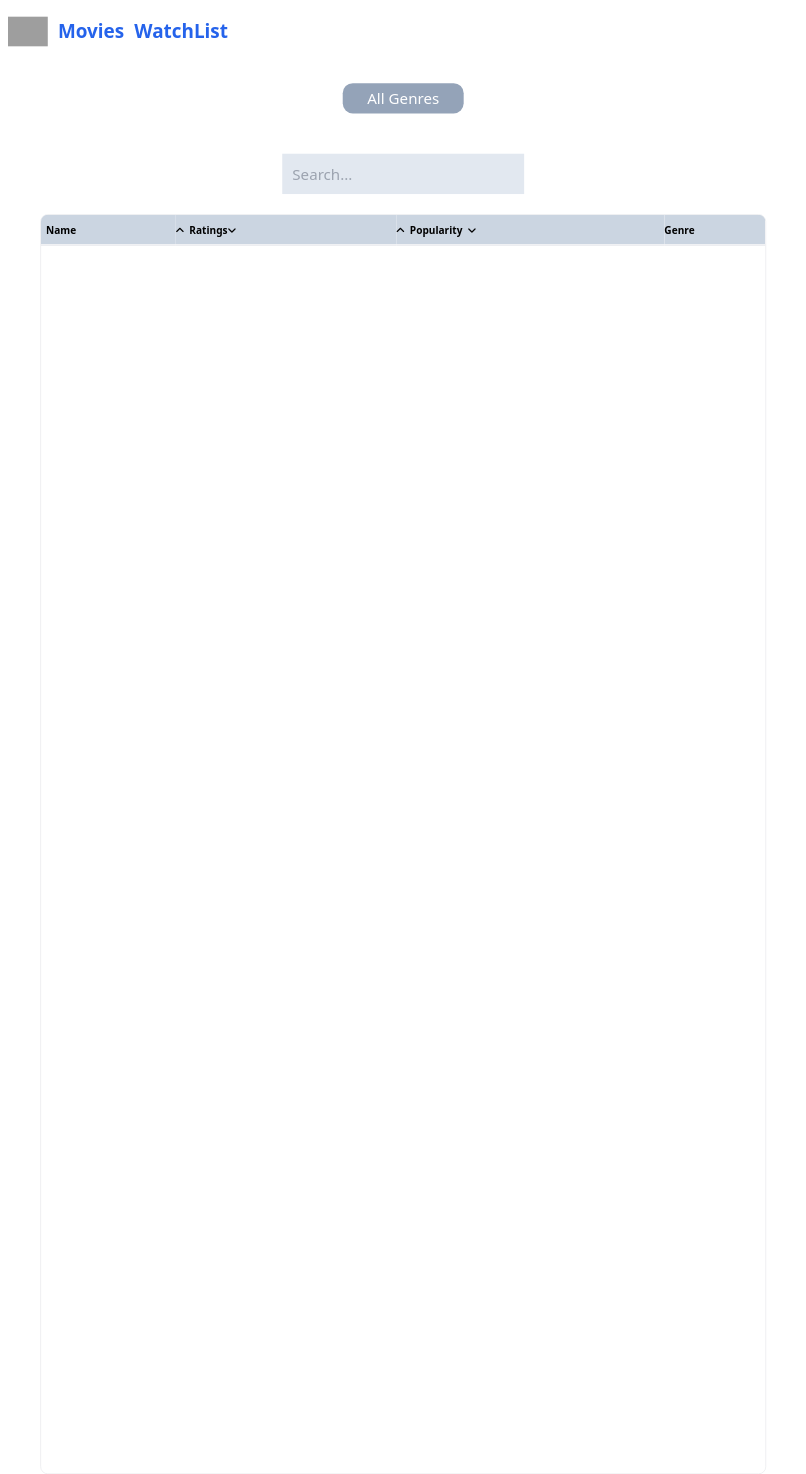
Repository: Aakash20bhatt/LearnReact
Page: /watchlist (app in moviesApp/)
An editor plug-in stored every save of this project. The page is shown before and after the next save, followed by the edit.
The browser window is 1280 px wide. The pictures show the whole page, at 63% of full size.
Pictures or frames that could not be fetched are drawn as grey boxes. Some web libraries are served in a nearby version. The project was rebuilt for these pictures with package versions that can differ from the ones it lists, and the page was loaded fresh each time. Also part of the build but not shown: moviesApp/vite.config.js, moviesApp/src/App.css, moviesApp/src/Components/Banner.jsx, moviesApp/src/Components/MovieCard.jsx, moviesApp/src/Components/Pagination.jsx, moviesApp/src/Components/Movies.jsx.

Above is the page before, as saved 2024-08-10 20:25:10.

After the next save:
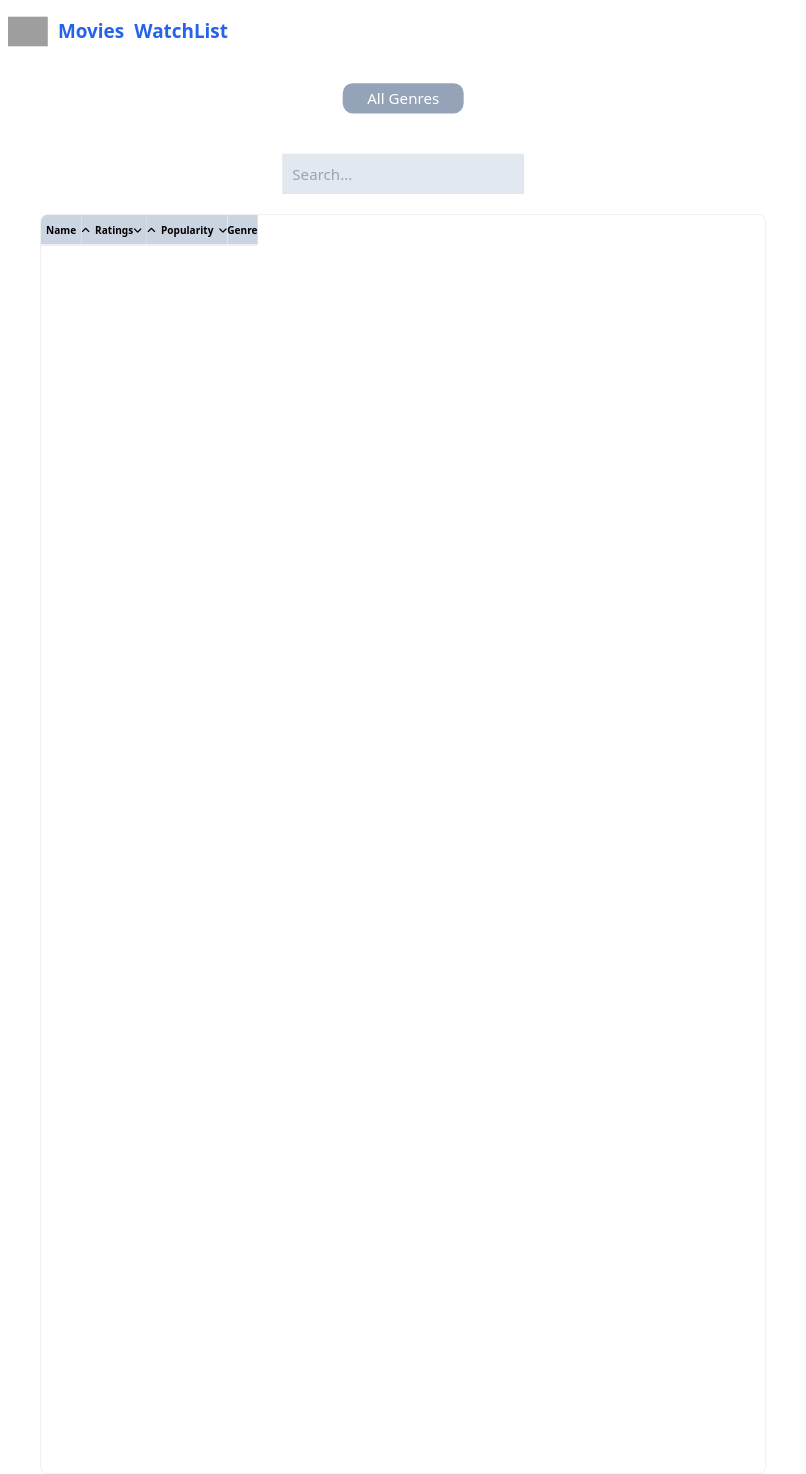
Saved 64 s later.
--- a/moviesApp/src/Components/Watchlist.jsx
+++ b/moviesApp/src/Components/Watchlist.jsx
@@ -77,10 +77,10 @@ export default function Watchlist({movies,removeFromWatchList,setWatchList}){
                 ref={listRef}
                 onScroll={onScroll}
                 style={{ height: VISIBLE_COUNT * ITEM_HEIGHT, overflowY: 'auto', width: '90%' }}
-                className="rounded-xl border overflow-hidden">
-
-                <table style={{ position: 'relative', height: filteredMovies.length * ITEM_HEIGHT, width:'100%'}}>
-                    <thead className="bg-slate-300 h-12 rounded-lg sticky top-0" style={ {width:'100%'}}>
+                className="rounded-xl border overflow-hidden"
+            >
+                <table style={{ position: 'relative', height: filteredMovies.length * ITEM_HEIGHT }}>
+                    <thead className="bg-slate-300 h-12 rounded-lg sticky top-0">
                         <tr className="border-b-2 text-left">
                             <th className="p-2">Name</th>
                             <th>
@@ -97,11 +97,11 @@ export default function Watchlist({movies,removeFromWatchList,setWatchList}){
                             <th></th>
                         </tr>
                     </thead>
-                    <tbody style={{ width:'100%'}}>
+                    <tbody>
                         {visibleMovies.map((movie, index) => {
                             const top = index * ITEM_HEIGHT;
                             return (
-                                <tr key={movie.id} style={{ position: 'absolute', top ,width:'100%'}} className="border-2 hover:bg-slate-100">
+                                <tr key={movie.id} style={{ position: 'absolute', top }} className="border-2 hover:bg-slate-100">
                                     <td className="flex m-4 gap-8 items-center">
                                         <img className="h-32 w-36 rounded-lg"
                                             src={BASE_URL + movie.backdrop_path}
